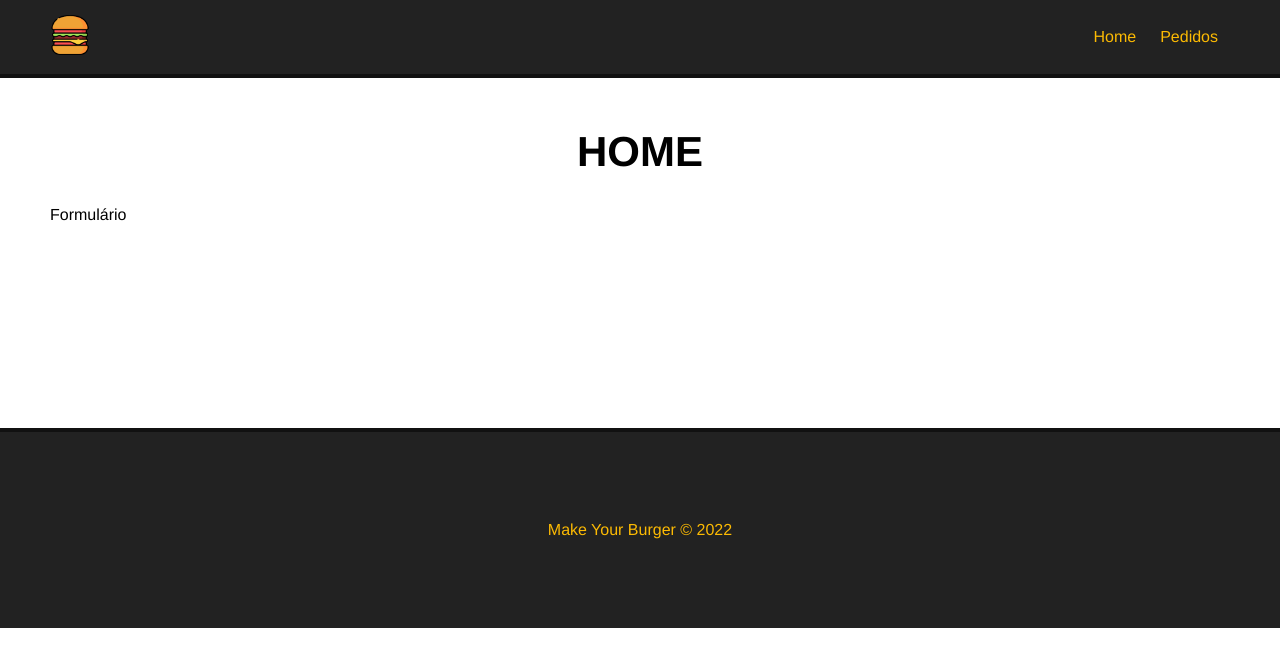
Repository: brunofa23/makeyourburguer
Page: /
These files come from the project's save history. The page is drawn as it stood at one moment and after a run of saves; the edit follows.
The browser window is 1280 px wide. The pictures show the whole page.
The project was rebuilt for these pictures with package versions that can differ from the ones it lists, and the page was loaded fresh each time. Also part of the build but not shown: vue.config.js.

Above is the page before, as saved 2022-08-09 18:55:57.

### src/App.vue
<template>
  <Navbar :logo="logo_src" :alt="app_name"/>
  <router-view/>
  <Footer />
</template>

<script>
import Navbar from './components/Navbar.vue';
import Footer from './components/Footer.vue';

export default{
  components:{ Navbar, Footer },
  data(){
    return{
      logo_src:"/img/logo.png",
      app_name:"Make Your Burguer"
    }

  }
}

</script>

<style>
*{
  font-family: Helvetica, sans-serif;
  padding: 0;
  margin: 0;
  box-sizing: border-box;
}


.main-container{
  margin:50px;
  min-height: 250px;
}

h1{
  text-align: center;
  font-size: 42px;
  margin-bottom: 30px;
}
</style>

### src/router/index.js
import { createRouter, createWebHistory } from 'vue-router'
import HomeView from '../views/HomeView.vue'

const routes = [
  {
    path: '/',
    name: 'home',
    component: HomeView
  },
  {
    path: '/pedidos',
    name: 'Pedidos',
    // route level code-splitting
    // this generates a separate chunk (about.[hash].js) for this route
    // which is lazy-loaded when the route is visited.
    component: () => import(/* webpackChunkName: "about" */ '../views/PedidosView.vue')
  }
]

const router = createRouter({
  history: createWebHistory(process.env.BASE_URL),
  routes
})

export default router

### src/components/Navbar.vue
<template>
  <div id="nav">
    <router-link to="/" id="logo-url">
        <img :src="logo" :alt="alt" id="logo" >
    </router-link>
    <router-link to="/">Home</router-link>
    <router-link to="/pedidos">Pedidos</router-link>
  </div>
</template>

<script>
export default {
    name:"Navbar",
    props:["logo", "alt"]
}
</script>




<style scoped>
#nav{
  background-color:#222 ;
  border-bottom: 4px solid #111;
  padding: 15px 50px;
  display: flex;
  justify-content: flex-end;
  align-items: center;


}

#nav #logo-url{
  margin: auto;
  margin-left: 0;


}

#logo{
  width: 40px;
  height: 40px;
}

#nav a{
  color: #FCBA03;
  text-decoration: none;
  margin: 12px;
  transition: .5s;

}
#nav a:hover{
  color:#FFF;
}

</style>

### src/components/Footer.vue
<template>
    <footer id="footer">
        <p>Make Your Burger &copy; 2022</p>

    </footer>
</template>


<script>
export default{
    name: "Footer"
}

</script>

<style scoped>
#footer{
    height: 200px;
    background-color: #222;
    border-top: 4px solid #111;
    color: #fcba03;
    display: flex;
    align-items: center;
    justify-content: center;
    width: 100%;
}
</style>

### src/views/HomeView.vue
<template>
  <div class="main-container">
    <Banner />
   <h1>HOME</h1>
   <p>Formulário</p>
  </div>
</template>

<script>
import Banner from "@/components/Banner.vue";



</script>

### src/components/Banner.vue
<template>
    <h1>Burguer Banner</h1>
</template>

<script>
export default{
    name:"Banner"
}
</script>

<style scoped>

</style>>

Loaded but not shown: public/index.html (common file); src/main.js (common file)

After the next 2 saves:
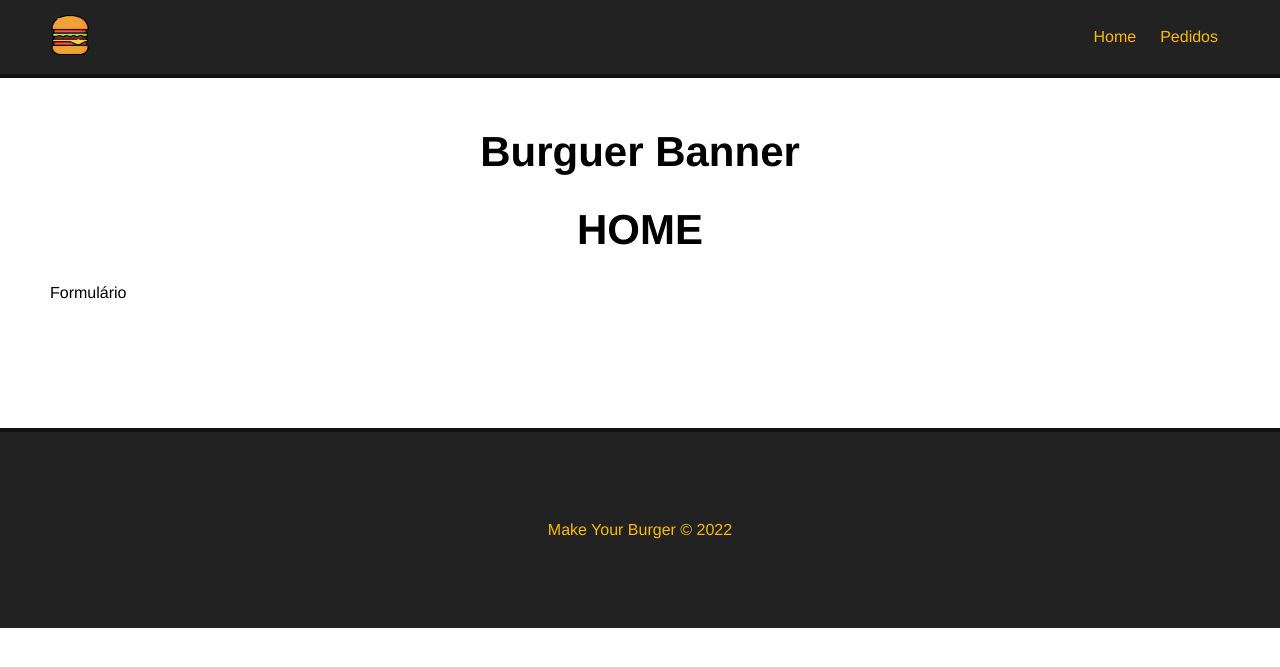
The 2 saves are shown as one change because 1 did not build or start.
The last was saved 88 s later.
--- a/src/views/HomeView.vue
+++ b/src/views/HomeView.vue
@@ -9,6 +9,11 @@
 <script>
 import Banner from "@/components/Banner.vue";
 
-
+export default{
+  name: "Home",
+  components:{
+    Banner
+  }
+}
 
 </script>
